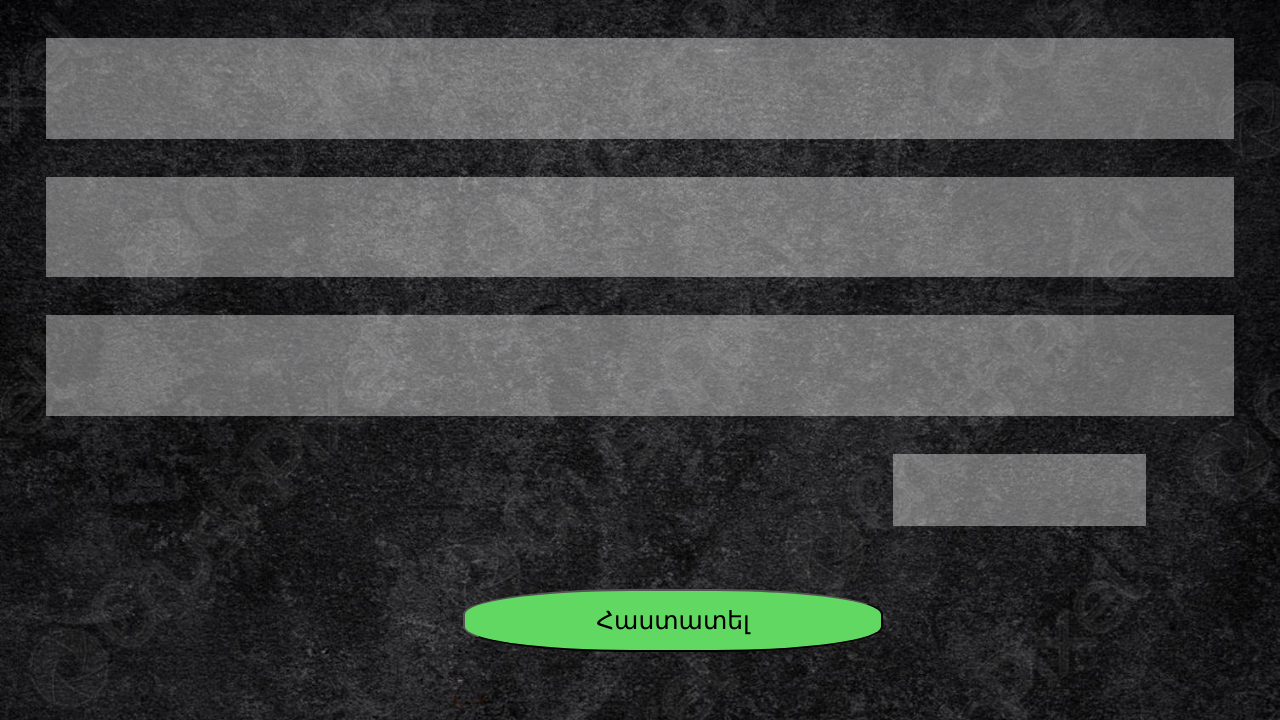
Repository: NarekTovmasyan/PizzaManue
Page: public/basket.html
These files come from the project's save history. The page is drawn as it stood at one moment and after the next save; the edit follows.
The browser window is 1280 px wide. The pictures show the whole page.

Above is the page before, as saved 2022-01-20 13:27:45.

### public/basket.html
<!DOCTYPE html>
<html lang="en">
<head>
    <meta charset="UTF-8">
    <meta http-equiv="X-UA-Compatible" content="IE=edge">
    <meta name="viewport" content="width=device-width, initial-scale=1.0">
    <link rel="stylesheet" href="basket.css">
    <title>BASKET</title>

</head>
<body>
    <div class= "main">
        <div class ="prop">
            <div></div>
            <div></div>
            <div></div>
            <div></div>
            <div></div>
            <div></div>
         </div>
        <div class ="prop">
            <div></div>
            <div></div>
            <div></div>
            <div></div>
            <div></div>
            <div></div>
        </div>
        <div class ="prop">
            <div></div>
            <div></div>
            <div></div>
            <div></div>
            <div></div>
            <div></div>
        </div>
        <div class ="sum"></div>
        <div class = "confirm"><button class = "button">Հաստատել</button></div>
    </div>
</body>
</html>

### public/basket.css
body {
    background-image: url(./images/background.jpg);
    background-repeat: no-repeat;
    background-size: cover;
  }
 .main{
      width: 100%;
      height: 80vh;
}
.prop{
  background-color: rgba(255, 255, 255, 0.377) ;
  color: grey;
  width: 94%;
  height: 14vh;
  margin-top: 3%;
  margin-left: 3%;
}
.sum{
    background-color: rgba(255, 255, 255, 0.377) ;
    width: 20%;
    height: 10vh;
    margin-top: 3%;
    margin-left: 70%;
}
/*.confirm{
    width: 30%;
    height: 100px;
    margin-top: 8%;
    margin-left:40%;
}*/
.button{
    padding: 15px ;
    background-color:rgb(97, 216, 97);
    border-radius: 40%;
    text-align:center;
    width: 420px;
    font-size: 25px;
    margin-left:36%;
    margin-top: 5%;
}

After the next save:
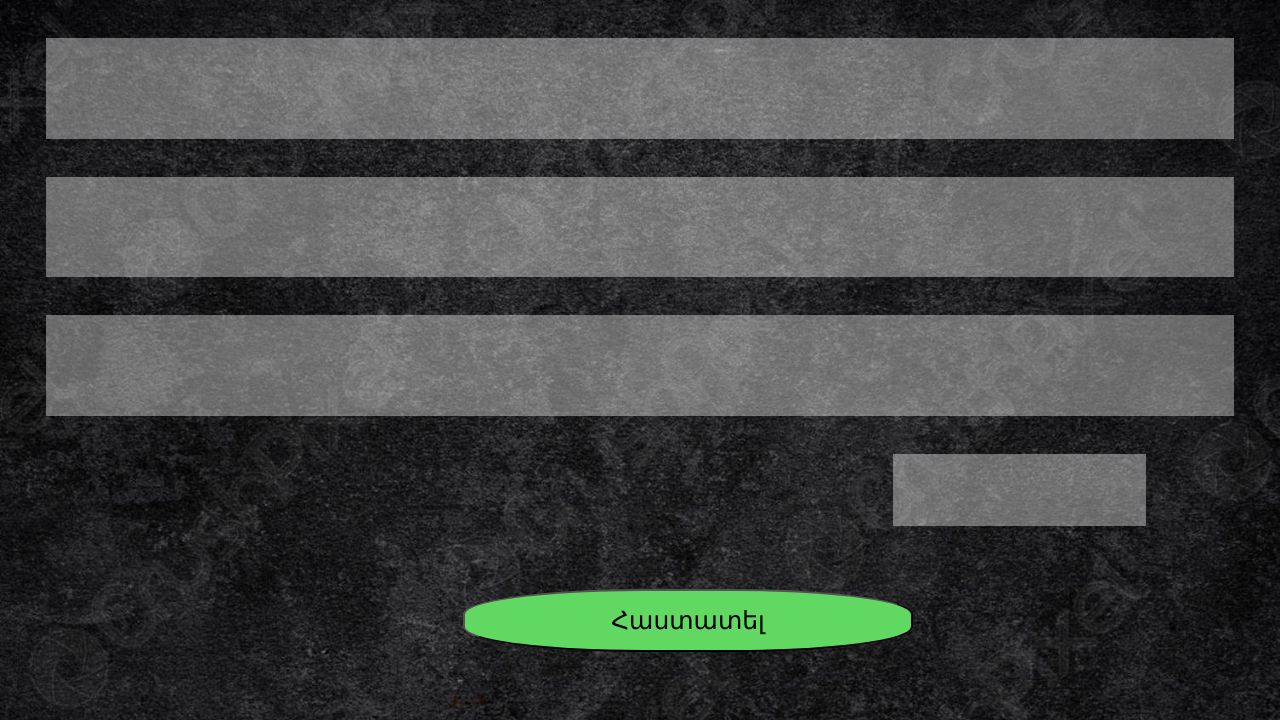
Saved 32 s later.
--- a/public/basket.css
+++ b/public/basket.css
@@ -33,7 +33,7 @@
     background-color:rgb(97, 216, 97);
     border-radius: 40%;
     text-align:center;
-    width: 420px;
+    width: 450px;
     font-size: 25px;
     margin-left:36%;
     margin-top: 5%;
